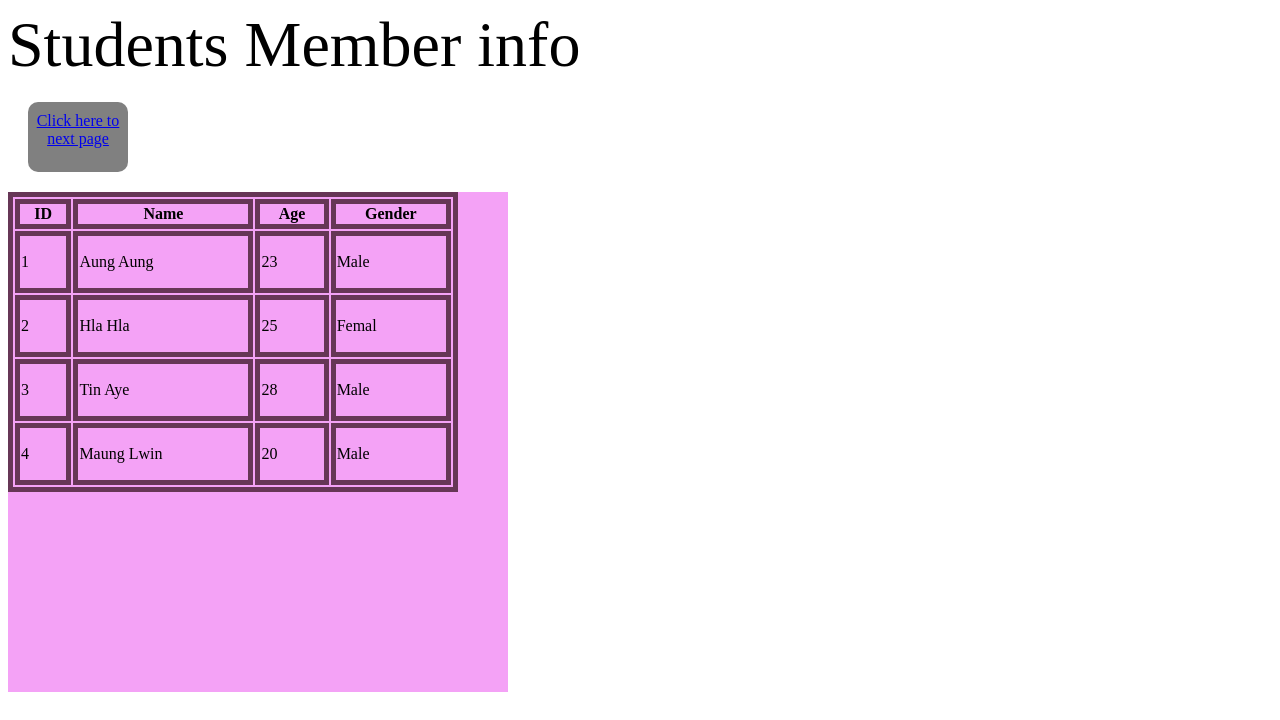
Repository: ThantLwinSoe/Servlet
Page: 01-Communication/src/main/webapp/index.html
These files come from the project's save history. The page is drawn as it stood at one moment and after the next save; the edit follows.
The browser window is 1280 px wide. The pictures show the whole page.

Above is the page before, as saved 2023-02-07 03:13:24.

After the next save:
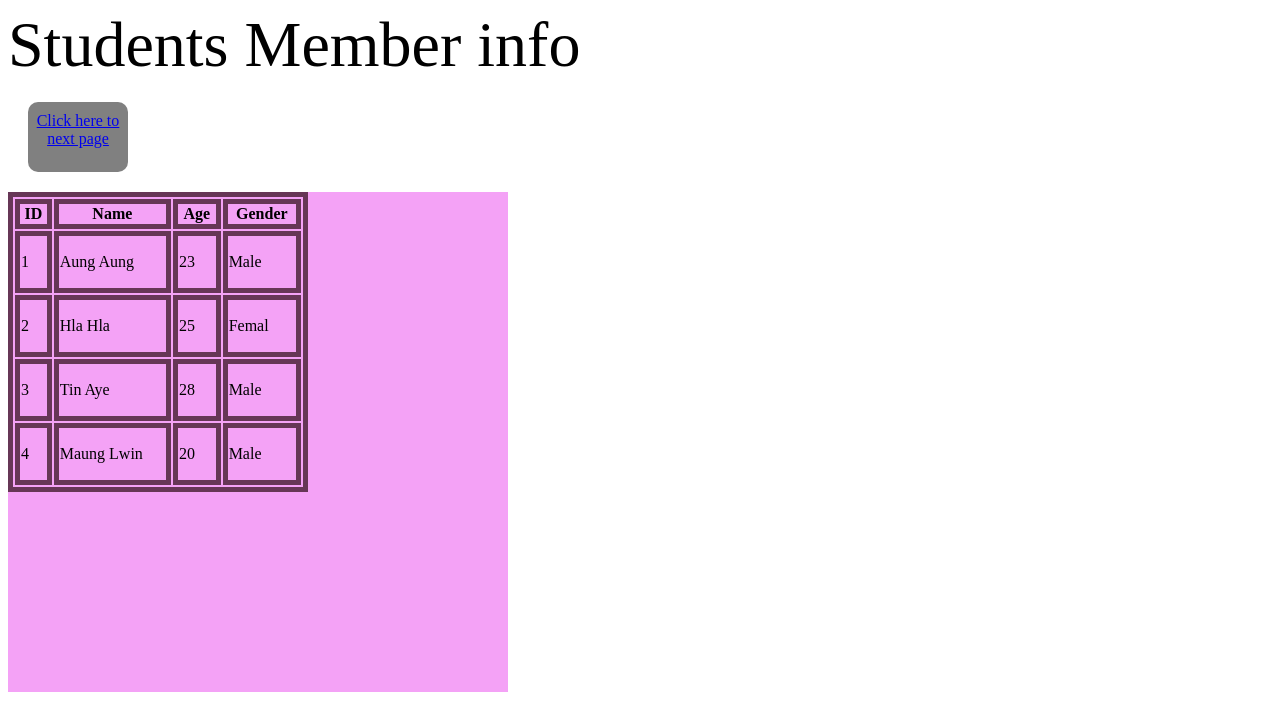
Saved 11 s later.
--- a/01-Communication/src/main/webapp/index.html
+++ b/01-Communication/src/main/webapp/index.html
@@ -28,7 +28,7 @@ h {
 }
 .table_one {
 
-	width: 90%;
+	width: 300px;
 	height: 300px;
 }
 </style>
